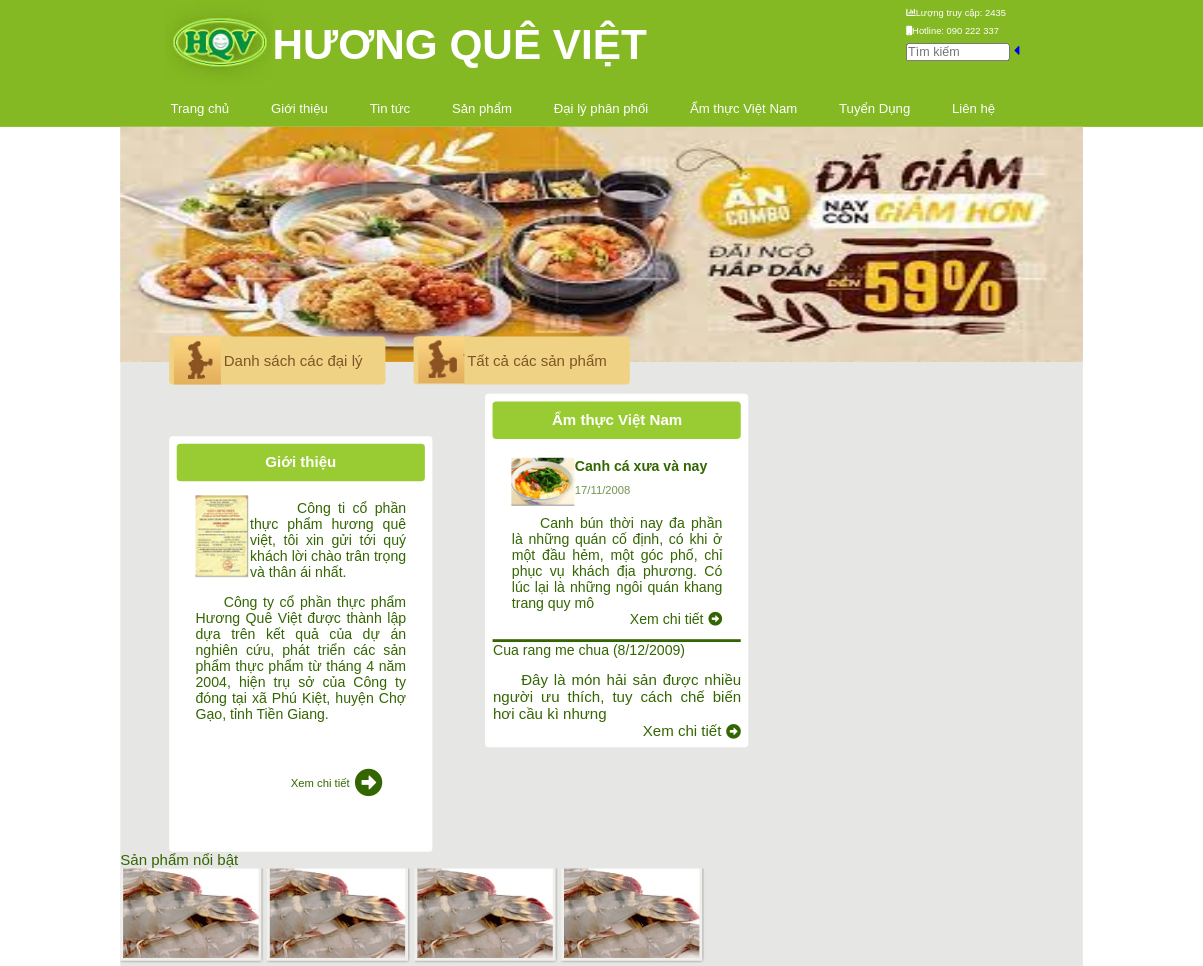
Repository: NgocTruong0701/Self_Learning
Page: html/practice/Baitapweb/index.html
These files come from the project's save history. The page is drawn as it stood at one moment and after the next save; the edit follows.
The browser window is 1280 px wide. The pictures show the whole page, at 94% of full size.

Above is the page before, as saved 2021-10-06 21:52:22.

### html/practice/Baitapweb/index.html
<!DOCTYPE html>
<html>
    <head>
        <title>Web Bài 4</title>
        <meta charset="UTF-8">
        <meta name="author" content="Lê Ngọc Trường">
        <link rel="stylesheet" type="text/css" href="./assets/css/styles.css">
        <link rel="stylesheet" href="./assets/font/fontawesome-free-5.15.4-web/css/all.css">
    </head>

    <body>
        <!-- Begin Header -->
        <header>
            <!-- Banner -->
            <div id="banner">
                <!-- Khối bên trái -->
                <div class="box-left">
                    <!-- logo -->
                    <div class="logo">
                        <img src="./assets/pictures/logo/logo.jpg" alt="logo">
                    </div>

                    <!-- tiêu đề -->
                    <div class="header-heading">
                        hương quê việt
                    </div>
                </div>

                <!-- khối bên phải -->
                <div class="box-right">
                    <div class="thongtin">
                        <div class="ltruycap">
                            <i class="fas fa-chart-bar"></i>
                            <p>Lượng truy cập: 2435</p>
                        </div>

                        <div class="ltruycap">
                            <i class="fas fa-mobile"></i>
                            <p>Hotline: 090 222 337</p>
                        </div>
                    </div>

                    <div class="search">
                        <form action="url" method="GET" >
                            <input type="text" placeholder="Tìm kiếm" class="onhap">
                            <a href="#">
                                <i class="fas fa-caret-left"></i>
                            </a>
                        </form>
                    </div>
                </div>
            </div>

            <!-- menu header -->
            <div class="menu-header">
                <ul class="menu-tren">
                    <li><a href="#">Trang chủ</a></li>
                    <li><a href="#">Giới thiệu</a></li>
                    <li><a href="#">Tin tức</a></li>
                    <li><a href="#">Sản phẩm</a></li>
                    <li><a href="#">Đại lý phân phối</a></li>
                    <li><a href="#">Ẩm thực Việt Nam</a></li>
                    <li><a href="#">Tuyển Dụng</a></li>
                    <li><a href="#">Liên hệ</a></li>
                </ul>
            </div>

        </header>
        <!-- End Header -->

        <!-- Begin Body -->
        <div id="container">
            <div class="box-up">
                <div class="body-banner">
                    <img src="./assets/pictures/banner/banner.jpg" alt="body-banner">
                </div>

                <div class="box-list-title">
                    <div class="body-title">
                        <img src="./assets/pictures/product/BT1_03.gif" alt="daily">

                        <p class="body-list">
                            Danh sách các đại lý
                        </p>
                    </div>

                    <div class="body-title">
                        <img src="./assets/pictures/product/BT1_05.gif" alt="daily">

                        <p class="body-list">
                            Tất cả các sản phẩm
                        </p>
                    </div>
                </div>
            </div>


            <div class="box-down">
                <div class="introduce">
                    <p class="title-introduce">Giới thiệu</p>

                    <div class="box-introduce-first">
                        <img src="./assets/pictures/product/BT1_10.gif" alt="chứng nhận" class="image-box-left">

                        <p class="line-first">Công ti cổ phần thực phẩm hương quê việt, tôi xin gửi tới quý khách lời chào trân trọng và thân ái nhất.</p>

                        <p class="line-second">
                            Công ty cổ phần thực phẩm Hương Quê Việt được thành lập dựa trên kết quả của dự án nghiên cứu, phát triển các sản phẩm thực phẩm từ tháng 4 năm 2004, hiện trụ sở của Công ty đóng tại xã Phú Kiệt, huyện Chợ Gạo, tỉnh Tiền Giang.
                        </p>
                    </div>

                    <div class="more">
                        <p class="text-more">Xem chi tiết</p>

                        <i class="fas fa-arrow-alt-circle-right first-icon"></i>
                    </div>
                </div>

                <div class="review">
                    <p class="title-introduce">Ẩm thực Việt Nam</p>

                    <div class="box-review-first">
                        <img src="./assets/pictures/product/BT1_13.gif" alt="chứng nhận" class="image-box-left">

                        <div class="reviewer">
                            <p class="heading-up">Canh cá xưa và nay</p>

                            <p class="time">17/11/2008</p>
                        </div>


                        <p class="line-second">
                            Canh bún thời nay đa phần là những quán cố định, có khi ở một đầu hẻm, một góc phố, chỉ phục vụ khách địa phương. Có lúc lại là những ngôi quán khang trang quy mô
                        </p>
                        <div class="more-second">
                            <p class="text-more">Xem chi tiết</p>

                            <i class="fas fa-arrow-alt-circle-right second-icon"></i>
                        </div>
                    </div>

                    <div class="box-introduce-second">
                        <p class="heading-up-review">Cua rang me chua <span>(8/12/2009)</span></p>

                        <p class="line-second">
                            Đây là món hải sản được nhiều người ưu thích, tuy cách chế biến hơi cầu kì nhưng
                        </p>

                        <div class="more-second">
                            <p class="text-more">Xem chi tiết</p>

                            <i class="fas fa-arrow-alt-circle-right second-icon"></i>
                        </div>
                    </div>

                </div>



                <div class="list-introduce">
                    <p class="heading-list-introduce">
                        Sản phẩm nổi bật
                    </p>

                    <div class="picture-introduce">
                        <img src="./assets/pictures/product/BT1_16.gif" alt="one" class="img-introduce">
                        <img src="./assets/pictures/product/BT1_16.gif" alt="one" class="img-introduce">
                        <img src="./assets/pictures/product/BT1_16.gif" alt="one" class="img-introduce">
                        <img src="./assets/pictures/product/BT1_16.gif" alt="one" class="img-introduce">
                    </div>
                </div>
            </div>
        </div>
        <!-- End Body -->

        <!-- Begin Footer -->
        <footer>

        </footer>
        <!-- End Footer -->
    </body>
</html>

### html/practice/Baitapweb/assets/css/styles.css
/* RESET CSS */
*{
    padding:0;
    margin: 0;
    box-sizing:border-box;
}

html{
    font-family: Arial, Helvetica, sans-serif;
    color:#fff;
}
/* Begin Header */
header{
    background-color: rgb(132, 185, 35);
    text-align: center;
    width: 100%;
    height: 135px;
}

#banner{
    width: 100%;
    height: 95px;
    display: flex;
    justify-content: space-evenly
}



.header-heading{
    text-transform: uppercase;
    padding-right:100px;
    font-size: 45px;
    font-weight: 700;
}

header .box-left{
    display: flex;
    align-items: center;
}

header .box-right{
    display: inline-block;
    height: 95px;
    position: relative;
    width: 140px;
}

.menu-header{
    height: 40px;
}

.ltruycap{
    display: flex;
    margin: 8px 0;
}

.search{
    position: absolute;
    left:0;

}

.thongtin{
    font-size:10px;
}

.search .onhap{
    width: 110px;
}



.menu-tren li{
    display: inline-block;
    list-style-type:square ;
    margin-right:40px;
}

.menu-tren li a{
    line-height: 40px;
    text-decoration: none;
    color: #fff;
    font-size:14px;
}

.menu-tren li a:hover{
    color: #805528;
}

/* End Header */

/* Begin Container */
#container{
    background: #e6e6e4;
    width: 80%;
    margin-left: auto;
    margin-right: auto;
}
.box-up{
    position: relative;
}

.box-list-title{
    display: inline-flex;
    position: absolute;
    top: 223px;
    left: 52px;
}

.body-title{
    display: flex;
    align-items: center;
    background: #f0d284;
    width: 230px;
    margin-right: 30px;
    border-radius: 4px;
    padding-left:5px;
}

.body-banner img{
    height: 250px ;
    width: 100%;
}

.box-up .body-list{
    color:#7d5527;
    padding-left:3px ;
}

.box-down{
    color: #336600 ;
}

.box-down .introduce{
    margin-top: 30px;
    max-width: 280px;
    display: inline-block;
    margin-left: 52px;
    background: #fff;
    padding: 8px;
    border-radius: 4px;
}

.box-down .title-introduce{
    background: #99cc33;
    height: 40px;
    line-height: 40px;
    color:#fff;
    text-align:center;
    font-weight: 600;
    border-radius:4px;
}

.box-introduce-first{
    margin: 15px 20px 0 20px;
    font-size:15px;
}

.box-down img.image-box-left{
    float:left;
}

.line-first{
    text-indent: 50px;
    text-align: justify;
    padding:5px 0 0 0;
}

.line-second{
    clear: left;
    margin-top: 5px;
    width: 230x;
    text-align: justify;
}

.more{
    display: flex;
    float: right;
    margin: 50px 45px 50px 0;
    align-items: center;
    cursor:pointer;
}

.more .text-more{
    font-size: 12px;
    margin-right: 5px;
}

.more .first-icon{
    font-size:30px;

}

.review{
    margin-top: 30px;
    max-width: 280px;
    display: inline-block;
    margin-left: 52px;
    background: #fff;
    padding: 8px;
    border-radius: 4px;
}

.heading-up{
    font-weight: 600;
    margin-bottom: 10px;
}

.time{
    font-size:12px;
    opacity: 0.7;
}

.line-second{
    text-indent: 30px;
    padding-top: 10px;
}

.box-review-first{
    margin: 15px 20px 0 20px;
    font-size:15px;

}

.heading-up{
    display: block;
    margin-top: 20px;
}

.more-second{
    display: flex;
    float: right;
    align-items: center;
    cursor: pointer;
}

.text-more{
    margin-right: 5px;
}

.heading-up-review{
    font-size:15px;
    border-top: solid;
    margin-top: 30px;
}
/* End Container */

/* Begin Footer */





/* End Footer */

Loaded but not shown: html/practice/Baitapweb/Web4-Webside-LeNgocTruong-2020601391/assets/font/fontawesome-free-5.15.4-web/css/all.css (library)

After the next save:
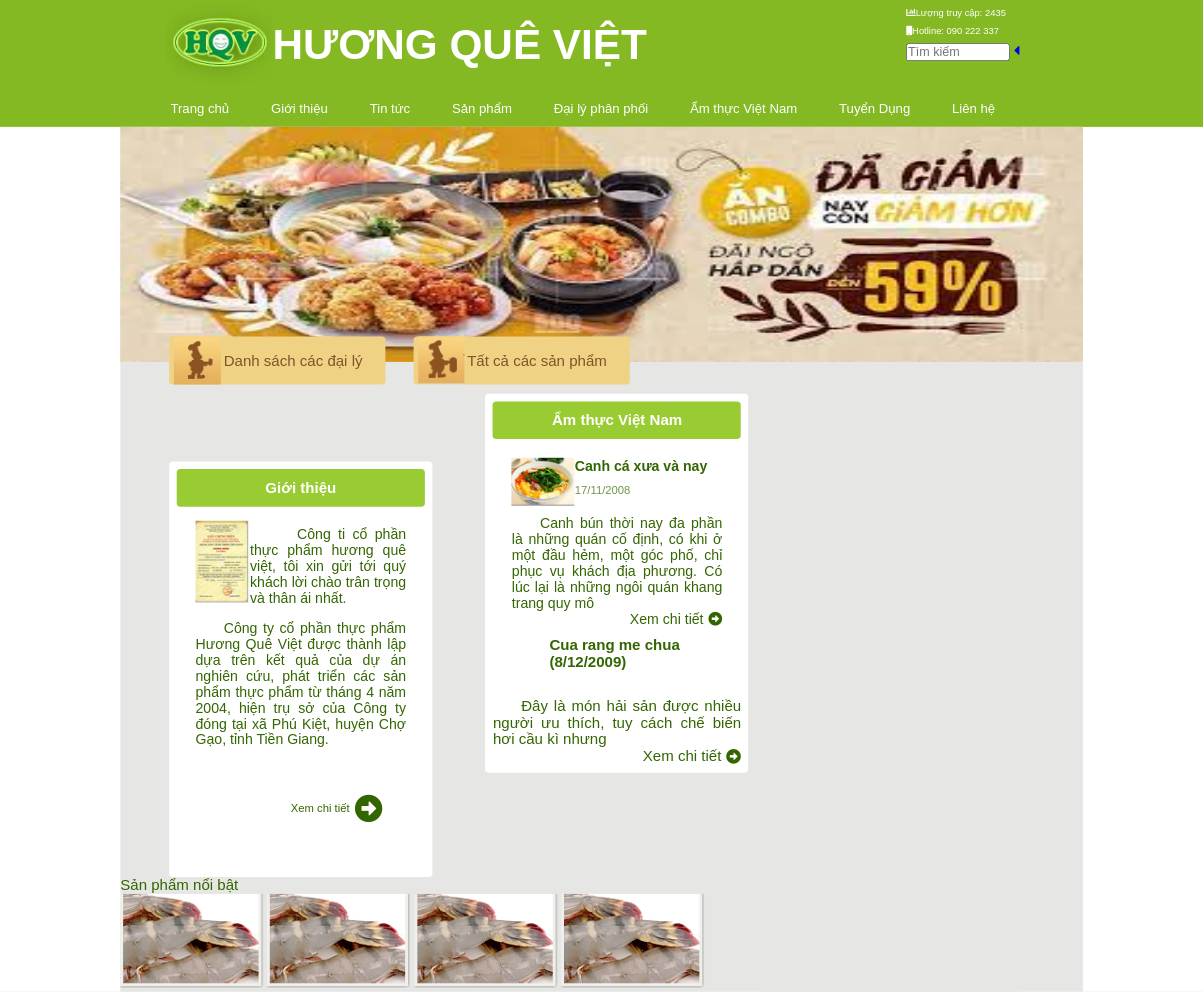
Saved 15 s later.
--- a/html/practice/Baitapweb/index.html
+++ b/html/practice/Baitapweb/index.html
@@ -140,7 +140,7 @@
                     </div>
 
                     <div class="box-introduce-second">
-                        <p class="heading-up-review">Cua rang me chua <span>(8/12/2009)</span></p>
+                        <p class="heading-up review">Cua rang me chua <span>(8/12/2009)</span></p>
 
                         <p class="line-second">
                             Đây là món hải sản được nhiều người ưu thích, tuy cách chế biến hơi cầu kì nhưng
